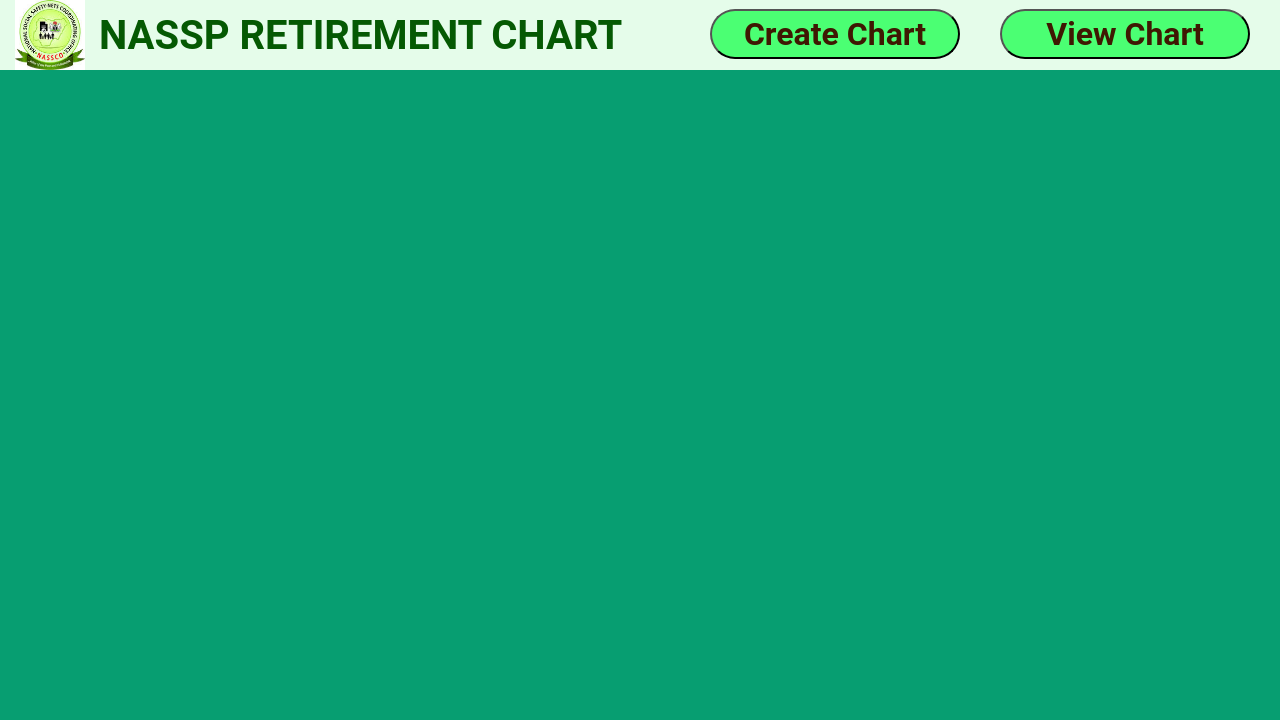
Repository: sheddy1/nasspchart
Page: http://localhost/
An editor plug-in stored every save of this project. The page is shown before and after the next save, followed by the edit.
The browser window is 1280 px wide. The pictures show the whole page.
The page is run by PHP 8.4 with error messages shown; the project is at /var/www/html/. The database holds what the project's SQL file puts in it.

Above is the page before, as saved 2022-04-05 14:18:45.

After the next save:
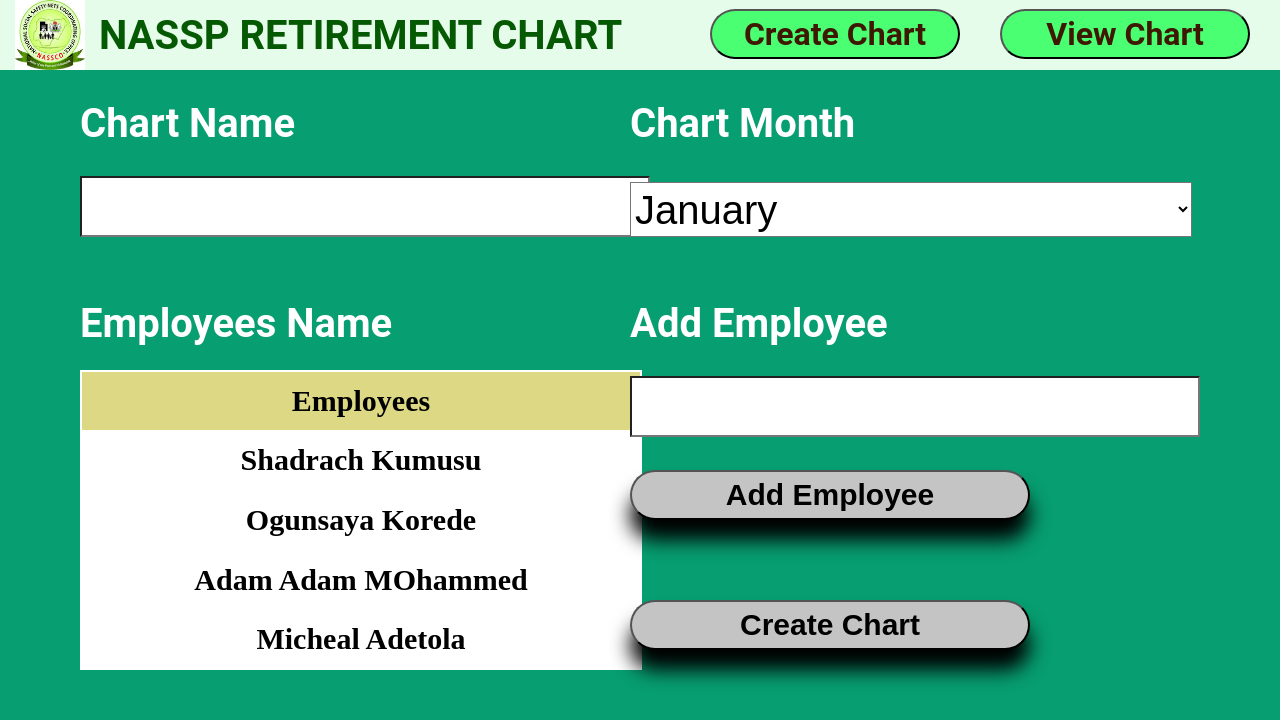
Saved 52 s later.
--- a/index.php
+++ b/index.php
@@ -27,7 +27,7 @@
     <input type="text">
 
     <?php
-        $page = 0;
+        $page = 1;
         if(isset($_POST['view-chart']))
         {
             // echo"<script>alert('you can view chart')</script>";
